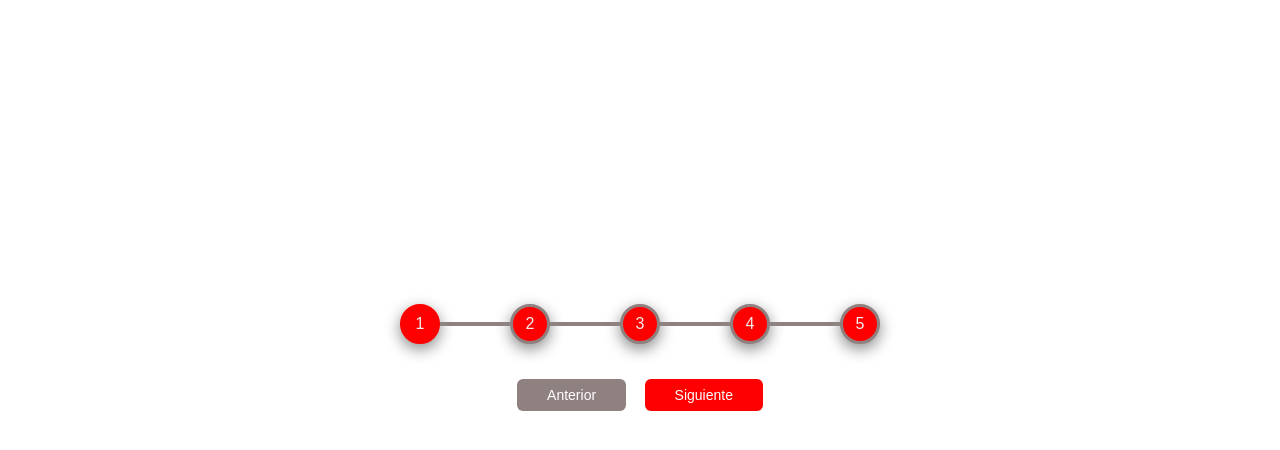
Repository: ElideZavala/Linea-de-tiempo
Page: index.html
An editor plug-in stored every save of this project. The page is shown before and after the next save, followed by the edit.
The browser window is 1280 px wide. The pictures show the whole page.
Some web fonts or font styles are not loaded; a fallback is used.

Above is the page before, as saved 2021-05-28 09:49:01.

After the next save:
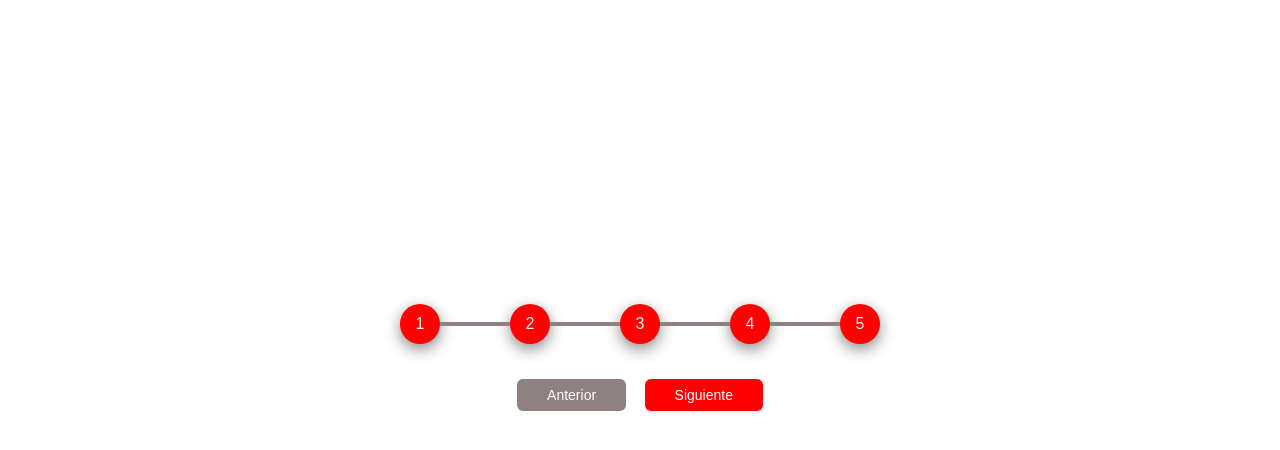
Saved 13 s later.
--- a/style.css
+++ b/style.css
@@ -69,7 +69,7 @@
 	display: flex;
 	align-items: center;
 	justify-content: center;
-	border: 3px solid var( --line-border-empty );
+	/* border: 3px solid var( --line-border-empty ); */
 	transition: .4s ease;
 	-moz-animation: rotacion 10s infinite linear;
 	box-shadow: 0px 5px 15px #888;

After the 5 saves that followed:
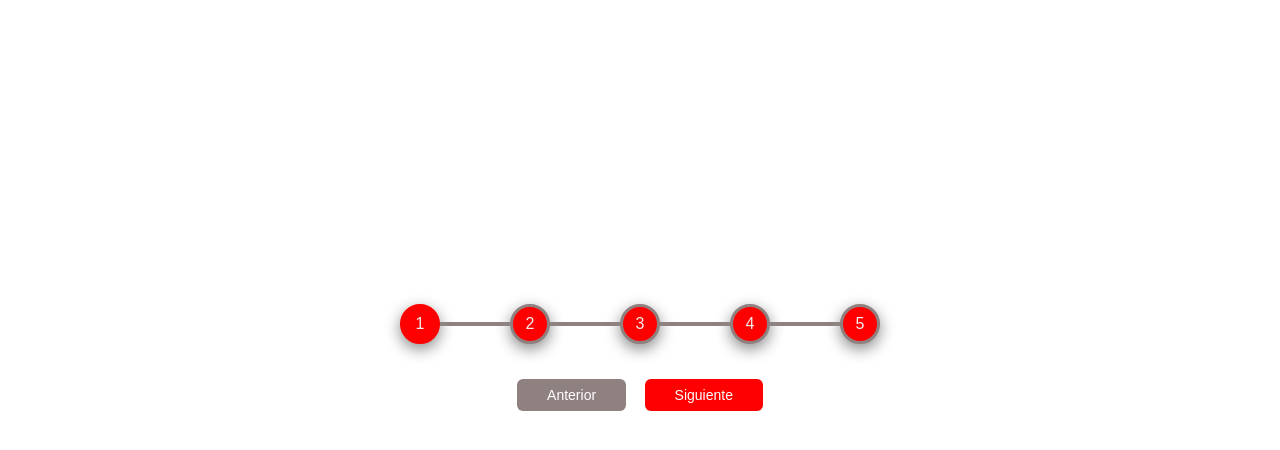
The 5 saves are shown as one change because 4 left the picture as it was.
The last was saved 4 min 36 s later.
--- a/style.css
+++ b/style.css
@@ -69,7 +69,7 @@
 	display: flex;
 	align-items: center;
 	justify-content: center;
-	/* border: 3px solid var( --line-border-empty ); */
+	border: 3px solid var( --line-border-empty );
 	transition: .4s ease;
 	-moz-animation: rotacion 10s infinite linear;
 	box-shadow: 0px 5px 15px #888;
@@ -85,7 +85,7 @@
 }
 
 .sombra3d {
-	background: url("bola.png");
+	background: url("bola3.png");
 	position: absolute;
 	width: 40px;
 	height: 40px;
